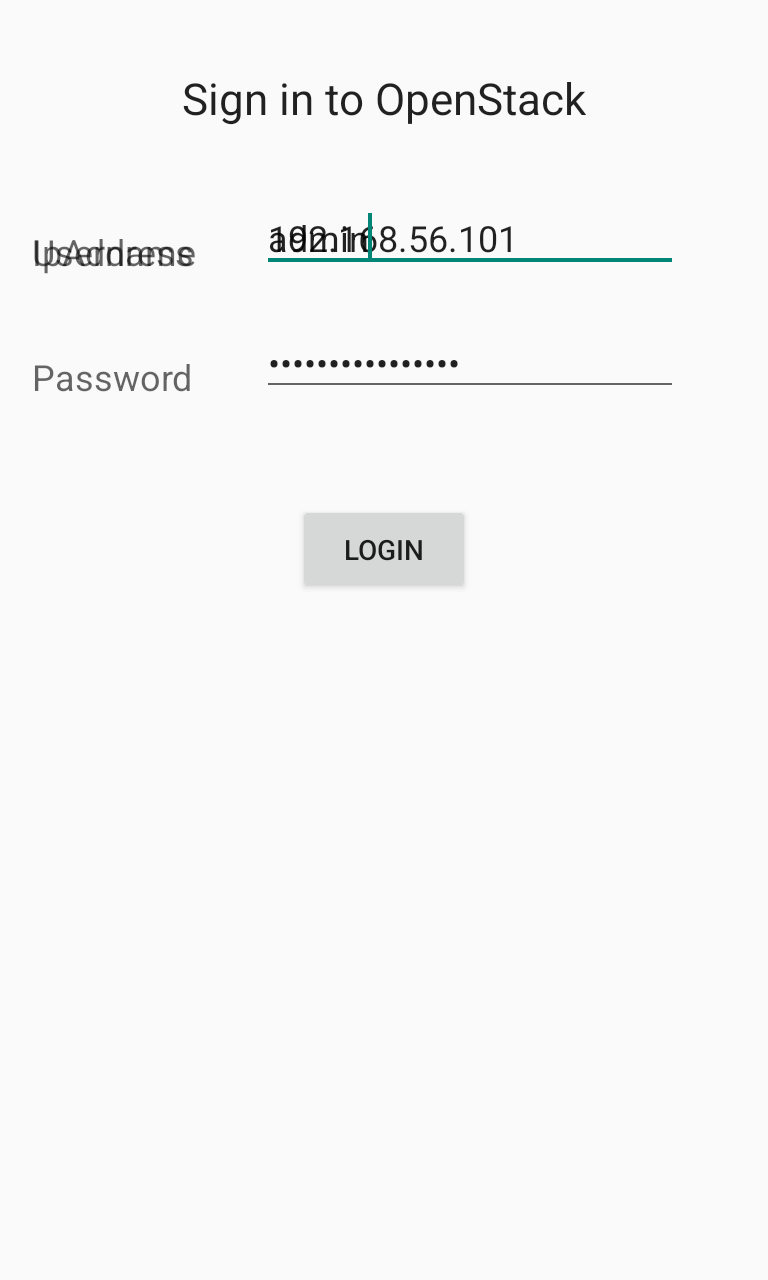
Repository: browndrf/cmpe283
Layout: myopenstack/res/layout/login_activity.xml
These files come from the project's save history. The layout is drawn as it stood at one moment and after the next save; the edit follows.
It is drawn on a 768 x 1280 px phone screen (xhdpi) without system bars, with theme AppTheme; the app's code is not run.

Above is the layout before, as saved 2014-09-14 01:21:25.

After the next save:
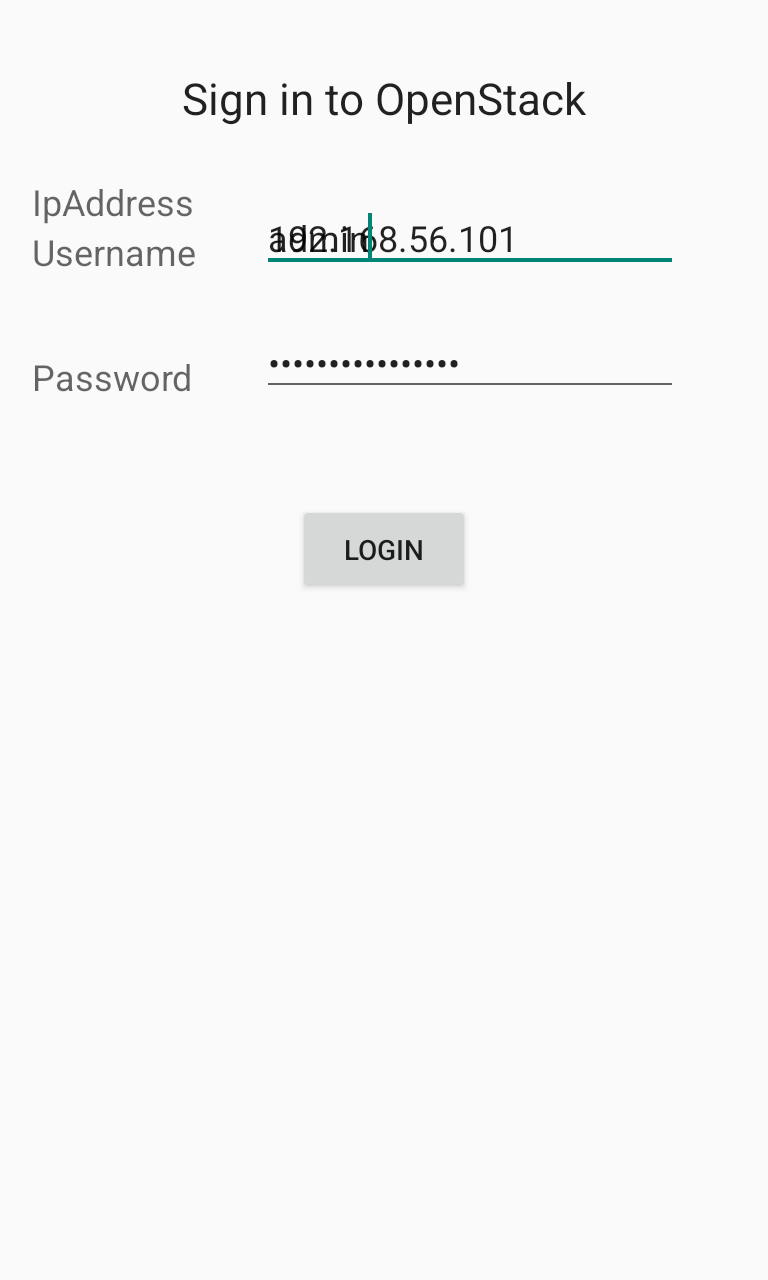
Saved 3 min 52 s later.
--- a/myopenstack/res/layout/login_activity.xml
+++ b/myopenstack/res/layout/login_activity.xml
@@ -24,7 +24,7 @@
       android:layout_height="wrap_content"
       android:layout_alignParentLeft="true"
       android:layout_below="@+id/textView1"
-      android:layout_marginTop="50dp"
+      android:layout_marginTop="25dp"
       android:text="IpAddress"
       android:textAppearance="?android:attr/textAppearanceMedium" />
 
